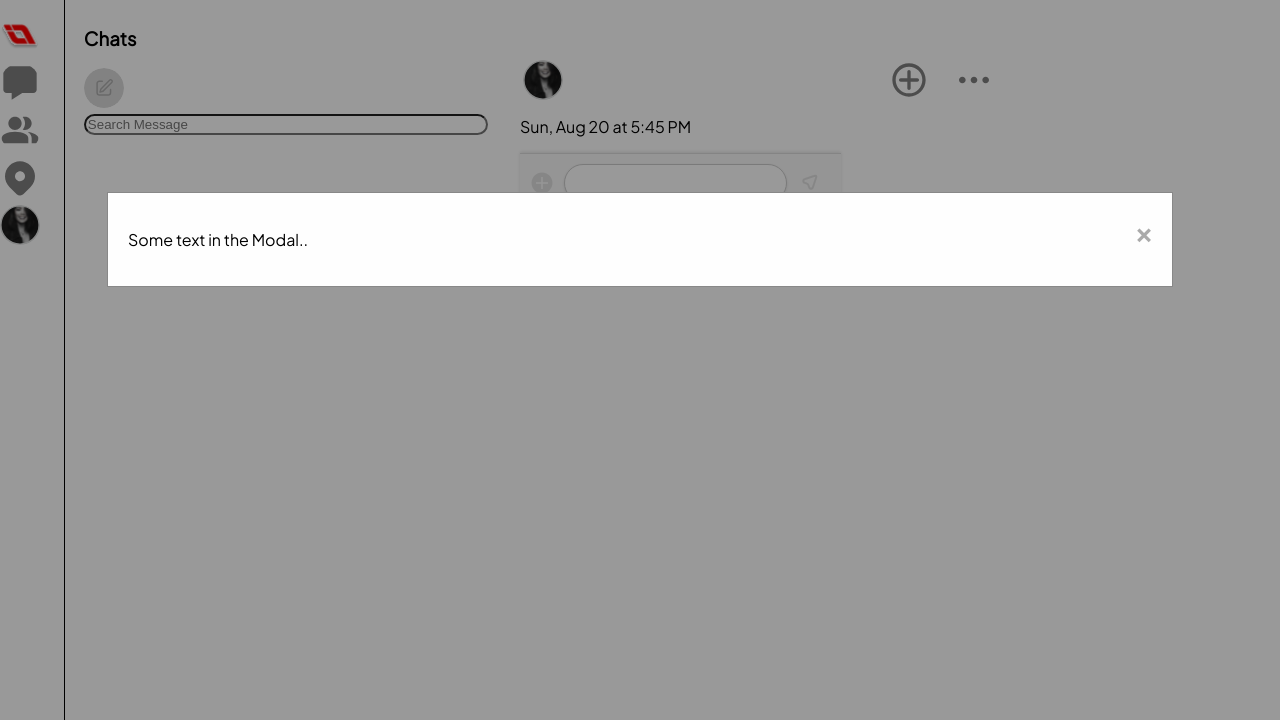
Repository: Nicktacku/LawChat
Page: /homechat (app in frontend/lawchat/)
An editor plug-in stored every save of this project. The page is shown before and after the next save, followed by the edit.
The browser window is 1280 px wide. The pictures show the whole page.
The page's requests for data from a server got no answer. The project was rebuilt for these pictures with package versions that can differ from the ones it lists, and the page was loaded fresh each time. No one was signed in, and anything a server would have sent is missing. Also part of the build but not shown: frontend/lawchat/src/styles/button.css, frontend/lawchat/src/components/Button.js, frontend/lawchat/src/pages/Home.js, frontend/lawchat/src/pages/Login.js, frontend/lawchat/src/styles/chatpreview.css, frontend/lawchat/src/components/ChatPreview.js, frontend/lawchat/src/components/ChatBubble.js, frontend/lawchat/src/pages/Test.js.

Above is the page before, as saved 2024-08-16 16:15:41.

After the next save:
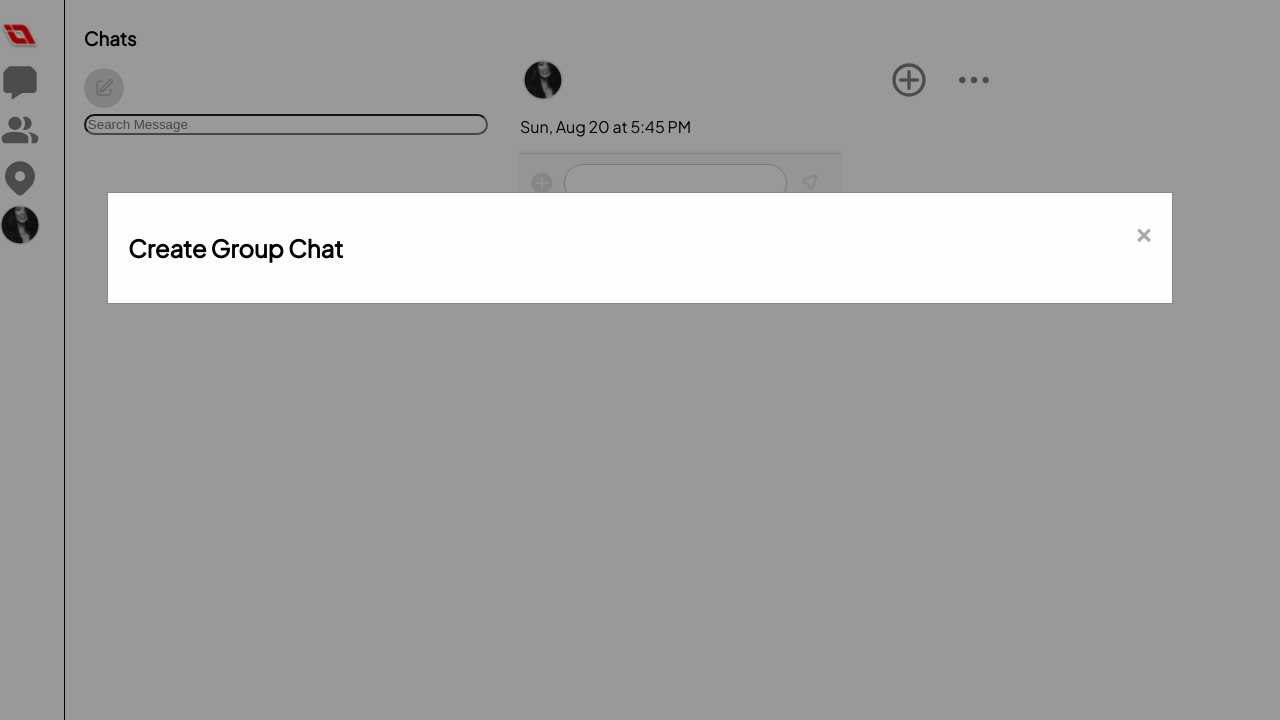
Saved 40 s later.
--- a/frontend/lawchat/src/pages/HomeChat.js
+++ b/frontend/lawchat/src/pages/HomeChat.js
@@ -116,7 +116,8 @@ const HomeChat = () => {
         >
           <div class="modal-content">
             <span class="close">&times;</span>
-            <p>Some text in the Modal..</p>
+            <h2>Create Group Chat</h2>
+            <form></form>
           </div>
         </div>
         <form>
